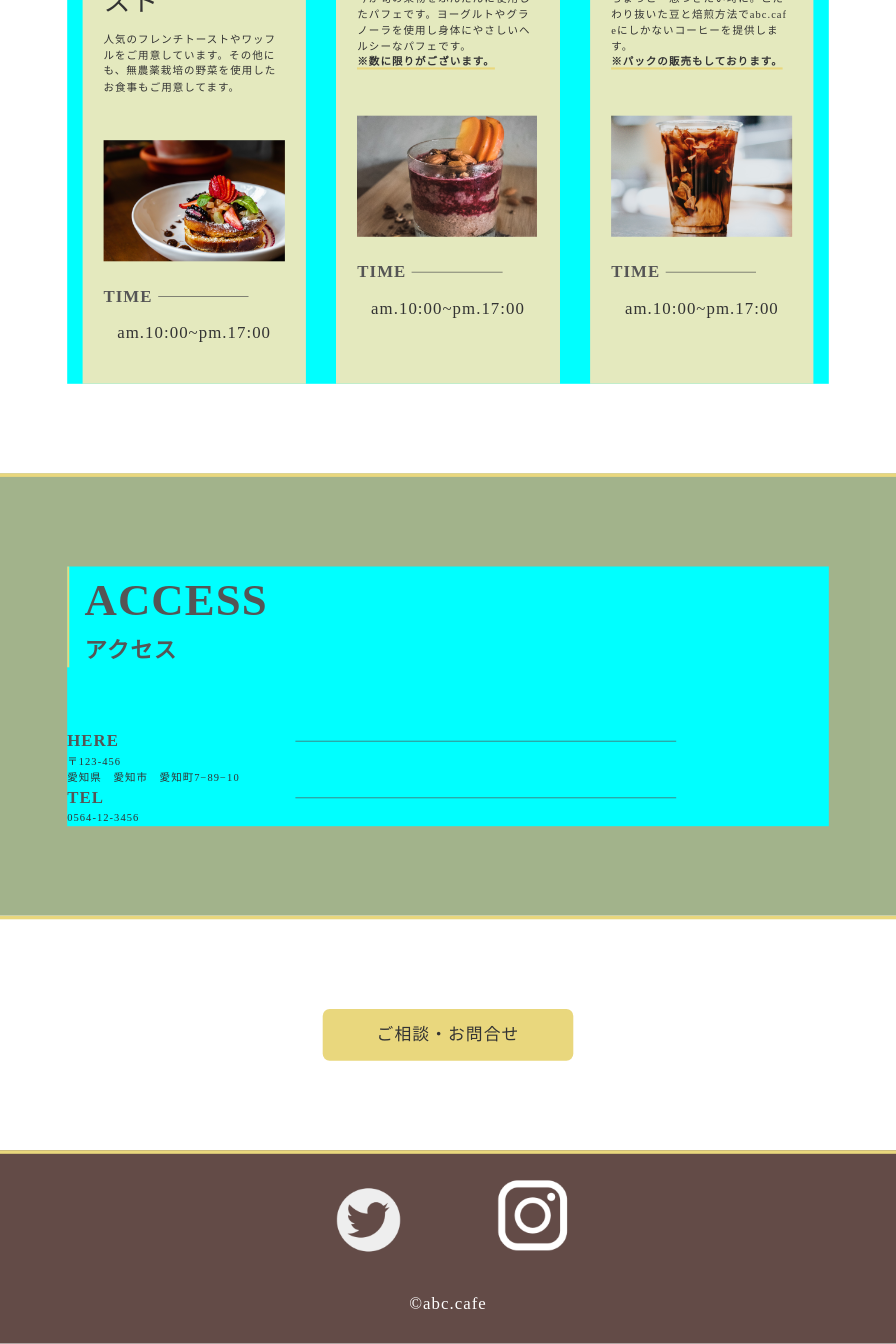
Repository: nozomi-23/lp1_test
Page: index.html
An editor plug-in stored every save of this project. The page is shown before and after the next save, followed by the edit.
The browser window is 1280 px wide. The pictures show the part of the page from y = 3545 to 5465 px (the page is 5465 px tall before and 5388 px after), at 70% of full size.

Above is the page before, as saved 2022-06-08 23:28:17.

After the next save:
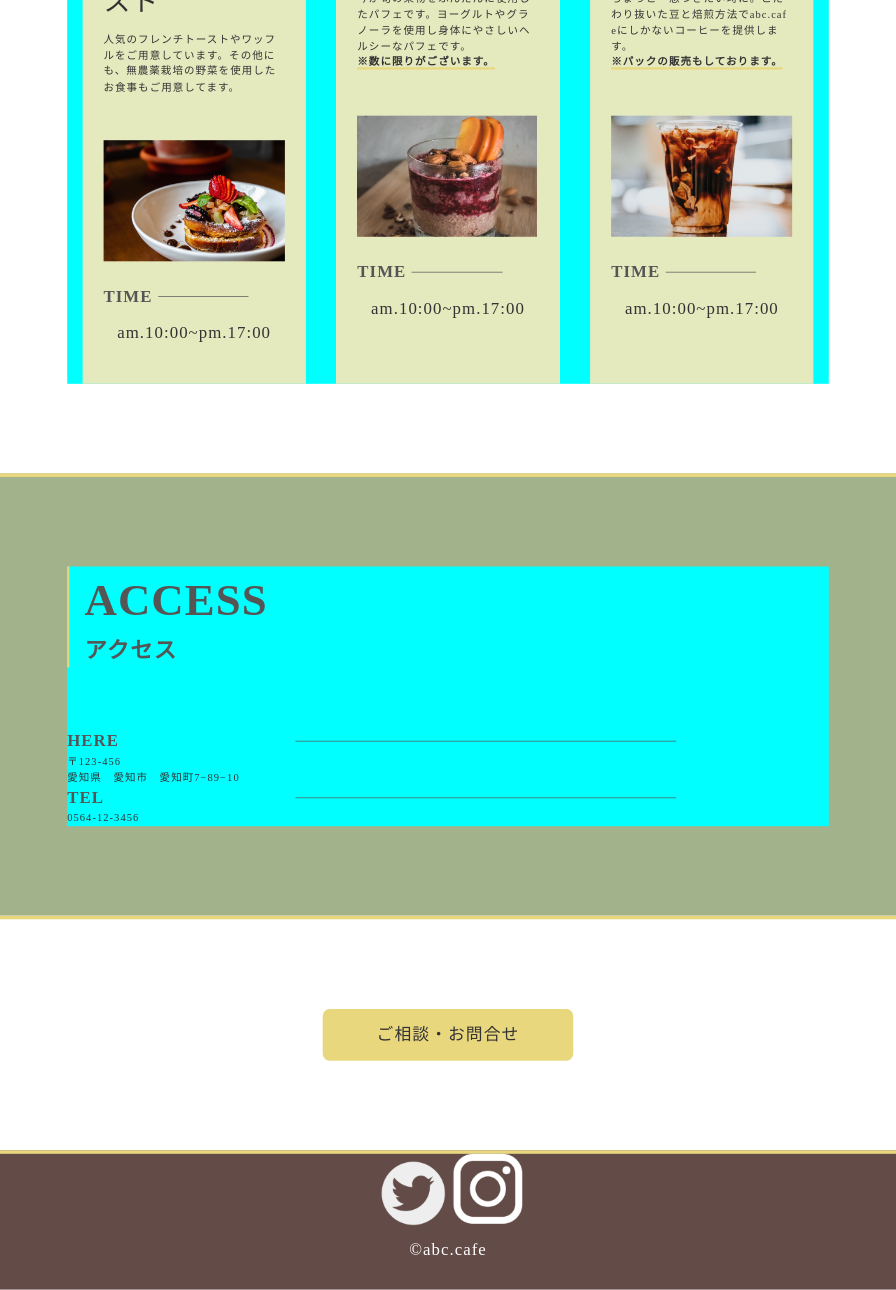
Saved 11 s later.
--- a/css/common.css
+++ b/css/common.css
@@ -269,11 +269,11 @@
   display: flex;
   justify-content: center;
 }
-.sns_twitter :hover {
+/* .sns_twitter :hover {
   opacity: 0.5;
 }
 .sns_instagram:hover {
-  opacity: 0.5;
+  opacity: 0.5; */
 }
 .footer_sns li {
   margin: 3% 5%;

After the save that followed:
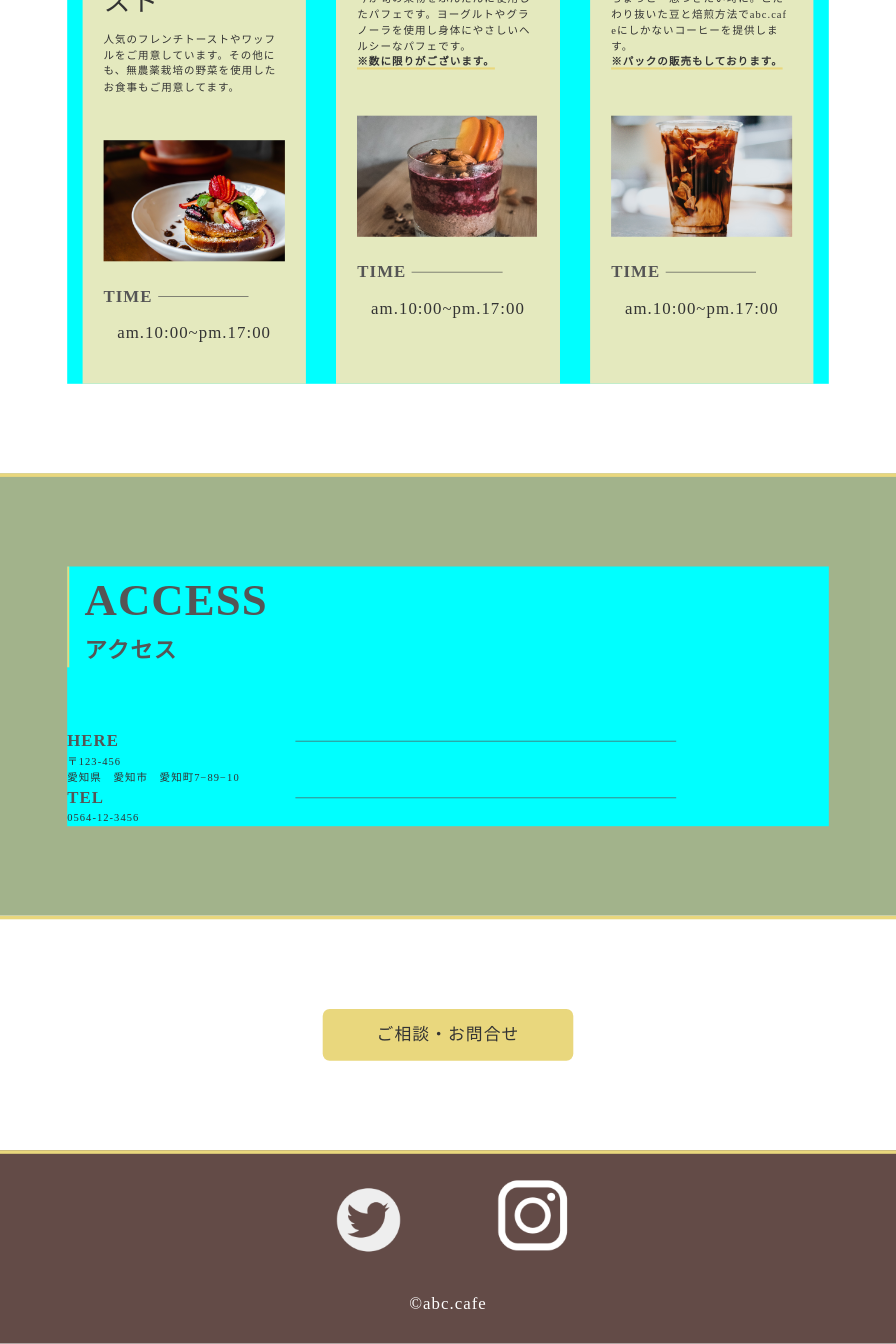
Saved 20 s later.
--- a/css/common.css
+++ b/css/common.css
@@ -269,12 +269,7 @@
   display: flex;
   justify-content: center;
 }
-/* .sns_twitter :hover {
-  opacity: 0.5;
-}
-.sns_instagram:hover {
-  opacity: 0.5; */
-}
+
 .footer_sns li {
   margin: 3% 5%;
 }
